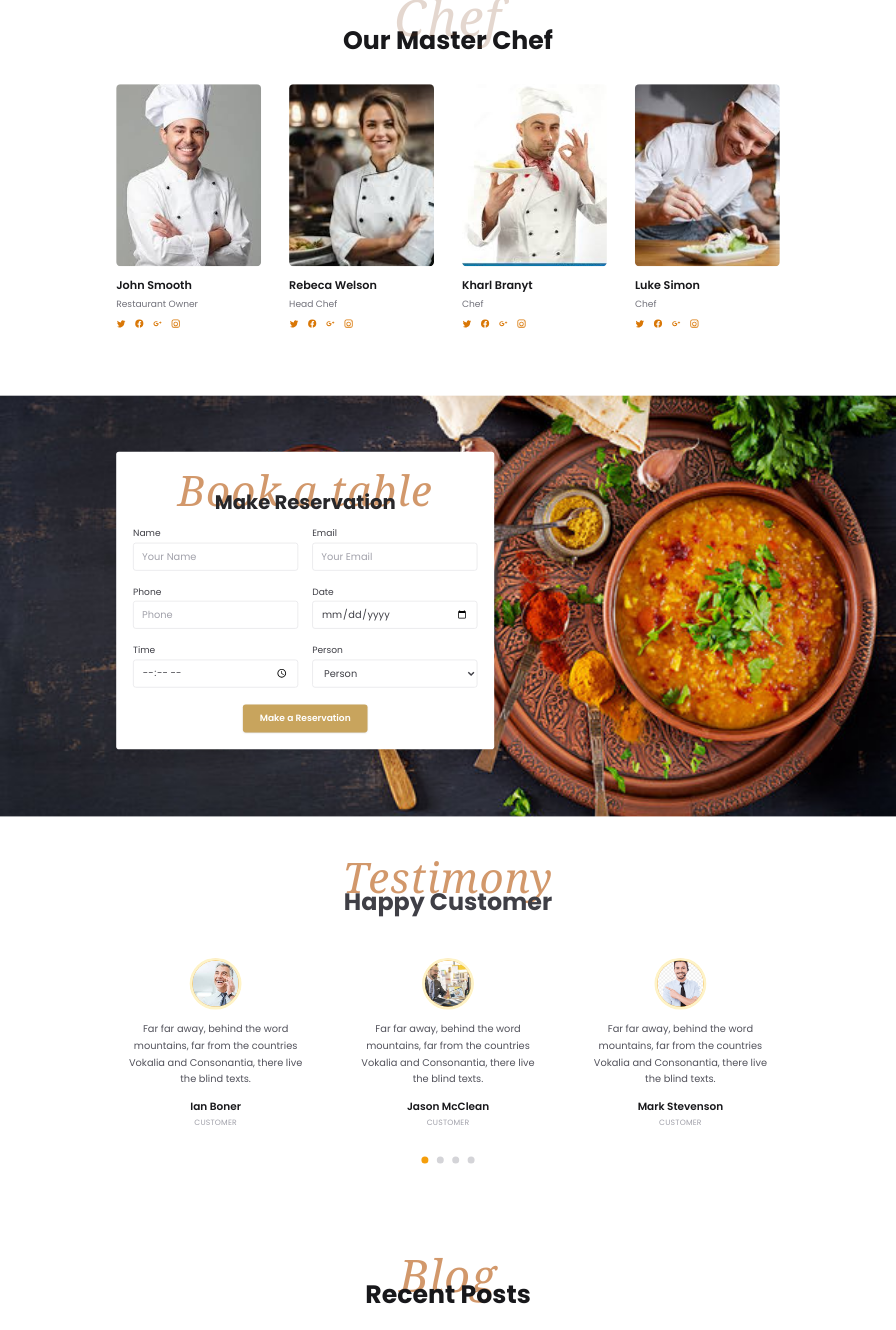
Repository: Purniagithub/Benttacproject
Page: /
The author's editor kept a copy of each file at every save. The page is drawn from the files as they stood at one save, then again after the next save.
The browser window is 1280 px wide. The pictures show the part of the page from y = 2546 to 4446 px (the page is 4961 px tall before and 4929 px after), at 70% of full size.
Pictures or frames that could not be fetched are drawn as grey boxes. Some web fonts or font styles are not loaded; a fallback is used. The project was rebuilt for these pictures with package versions that can differ from the ones it lists, and the page was loaded fresh each time. Also part of the build but not shown: vite.config.js.

Above is the page before, as saved 2025-08-21 20:36:06.

After the next save:
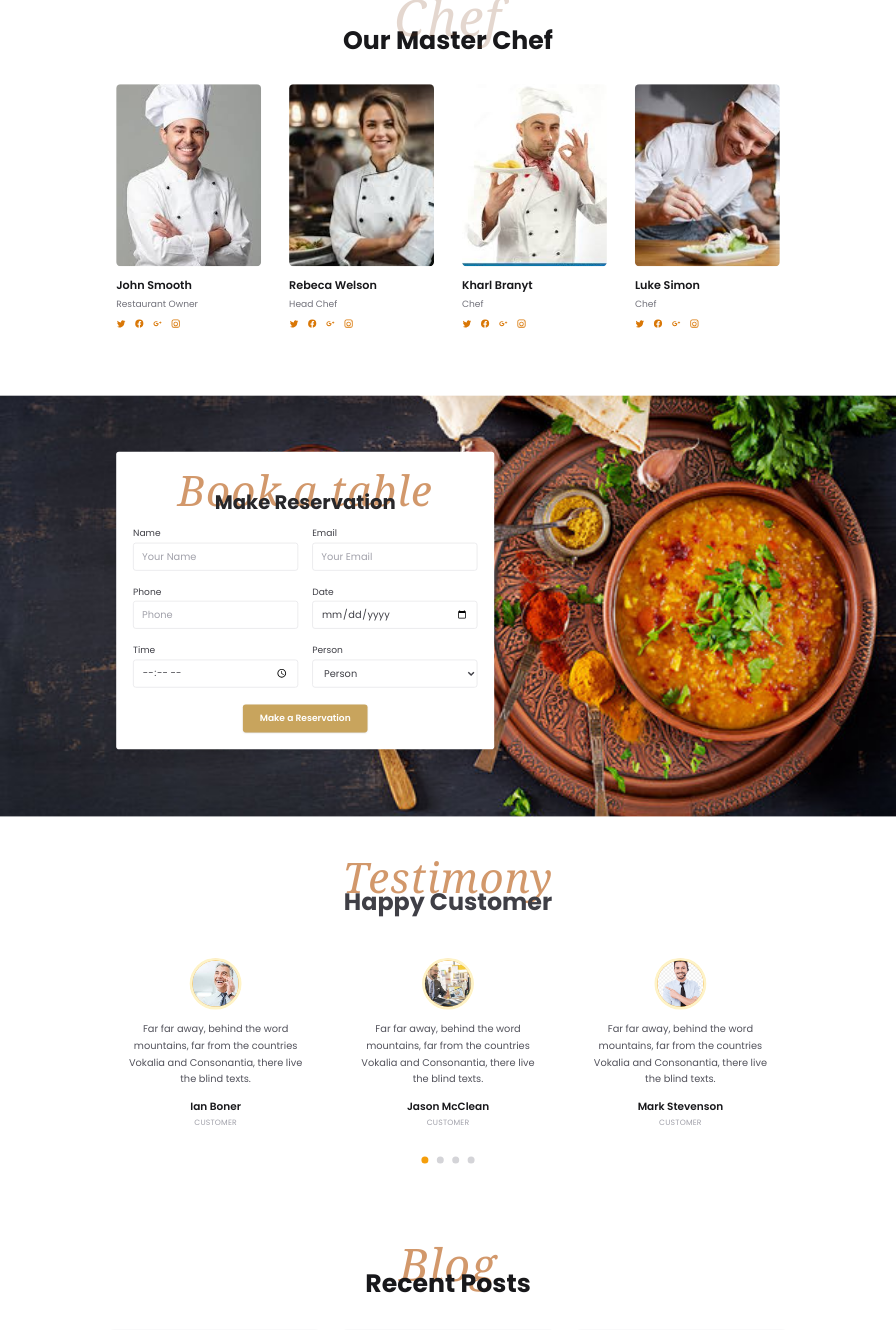
Saved 27 s later.
--- a/src/components/RecentPosts.jsx
+++ b/src/components/RecentPosts.jsx
@@ -97,7 +97,7 @@ function PostCard({ img, date, author, title, href, comments }) {
 
 export default function RecentPosts() {
   return (
-    <section className="bg-white py-12 sm:py-16">
+    <section className="bg-white py-10 sm:py-12">
       <div className="relative mx-auto max-w-[1000px] px-4">
         {/* Heading with accent */}
         <div className="relative mb-10 text-center">
